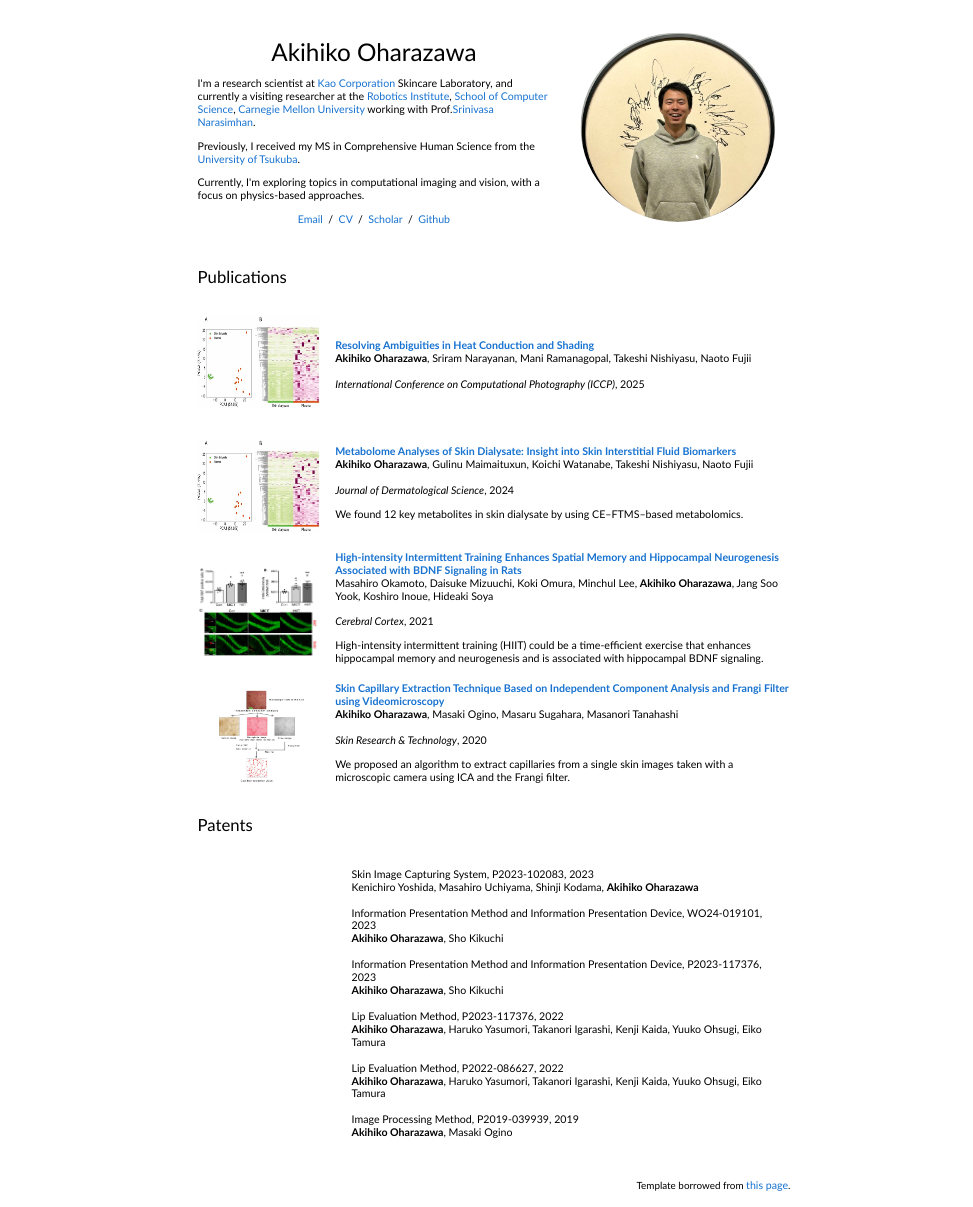
Repository: akihikooharazawa/akihikooharazawa.github.io
Page: index.html
An editor plug-in stored every save of this project. The page is shown before and after a run of saves, followed by the edit.
The browser window is 1280 px wide. The pictures show the whole page, at 76% of full size.

Above is the page before, as saved 2025-07-25 11:04:59.

After the next 5 saves:
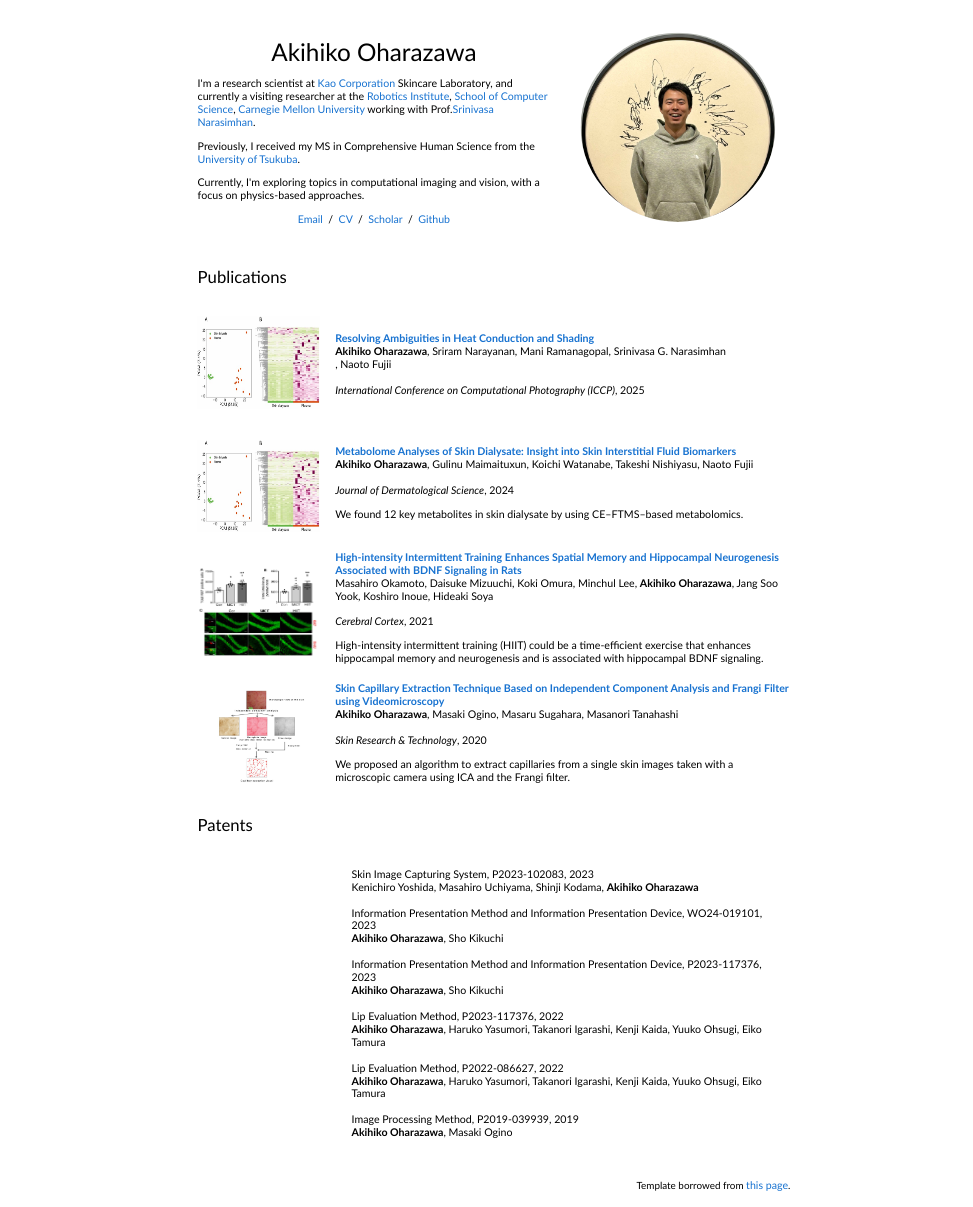
The 5 saves are shown as one change because they came seconds apart.
The last was saved 13 s later.
--- a/index.html
+++ b/index.html
@@ -73,7 +73,7 @@
                 </a>
                 <br>
                 <strong>Akihiko Oharazawa</strong>, Sriram Narayanan, Mani Ramanagopal,
-                Takeshi Nishiyasu,
+                Srinivasa G. Narasimhan<br>,
                 Naoto Fujii<br>
                 <br>
                 <em>International Conference on Computational Photography (ICCP)</em>, 2025
